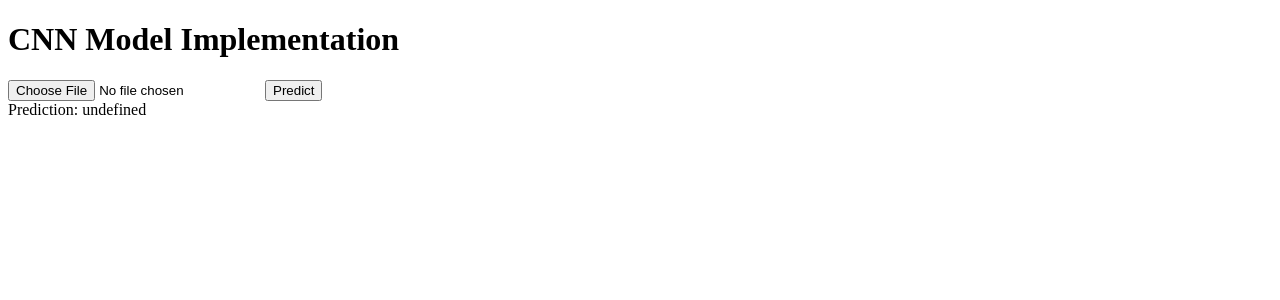
Repository: choobrendan/Flag-Guesser
Page: http://localhost/
These files come from the project's save history. The page is drawn as it stood at one moment and after the next save; the edit follows.
The browser window is 1280 px wide. The pictures show the whole page.
After loading, the first visible `#prediction-form` was submitted once.
The page is served by the project's application, run on Flask 3 (app.py).

Above is the page before, as saved 2023-08-20 17:30:13.

### templates/index.html
<!DOCTYPE html>
<html lang="en">
<head>
    <meta charset="UTF-8">
    <meta name="viewport" content="width=device-width, initial-scale=1.0">
    <title>CNN Model Implementation</title>
</head>
<body>
    <h1>CNN Model Implementation</h1>

    <form id="prediction-form" enctype="multipart/form-data">
        <input type="file" name="image" accept="image/*">
        <button type="submit">Predict</button>
    </form>

    <div id="prediction-result"></div>

    <script>
        document.getElementById('prediction-form').addEventListener('submit', function(event) {
            event.preventDefault();

            const formData = new FormData(document.getElementById('prediction-form'));

            fetch('/predict', {
                method: 'POST',
                body: formData
            })
            .then(response => response.json())
            .then(data => {
                document.getElementById('prediction-result').textContent = `Prediction: ${data.prediction}`;
            })
            .catch(error => {
                console.error('Error:', error);
            });
        });
    </script>
</body>
</html>

### app.py
from flask import Flask, render_template, request, jsonify
import tensorflow as tf
import numpy as np
import cv2
import io

app = Flask(__name__)

# Load the pre-trained CNN model
model = tf.keras.models.load_model('static/model.h5')
model.summary()

# Load class names
class_names = ['Afghanistan',
 'Albania',
 'Algeria',
 'Andorra',
 'Angola',
 'Antigua & Barbuda',
 'Argentina',
 'Armenia',
 'Australia',
 'Austria',
 'Azerbaijan',
 'Bahamas',
 'Bahrain',
 'Bangladesh',
 'Barbados',
 'Belarus',
 'Belgium',
 'Belize',
 'Benin',
 'Bhutan',
 'Bolivia',
 'Bosnia & Herzegovina',
 'Botswana',
 'Brazil',
 'Brunei',
 'Bulgaria',
 'Burkina Faso',
 'Burundi',
 'CAR',
 'Cambodia',
 'Cameroon',
 'Canada',
 'Cape Verde',
 'Chad',
 'Chile',
 'China',
 'Colombia',
 'Comoros',
 'Congo',
 'Costa Rica',
 'Croatia',
 'Cuba',
 'Cyprus',
 'Czech Republic',
 'Denmark',
 'Djibouti',
 'Doctor Congo',
 'Dominica',
 'Dominican Republic',
 'Ecuador',
 'Egypt',
 'El Salvador',
 'Equatorial Guinea',
 'Eritrea',
 'Estonia',
 'Eswatini',
 'Ethiopia',
 'Fiji',
 'Finland',
 'France',
 'Gabon',
 'Gambia',
 'Georgia',
 'Germany',
 'Ghana',
 'Greece',
 'Grenada',
 'Guatemala',
 'Guinea',
 'Guinea Bisseau',
 'Guyana',
 'Haiti',
 'Honduras',
 'Hungary',
 'Iceland',
 'India',
 'Indonesia',
 'Iran',
 'Iraq',
 'Ireland',
 'Israel',
 'Italy',
 'Ivory Coast',
 'Jamaica',
 'Japan',
 'Jordan',
 'Kazakhstan',
 'Kenya',
 'Kiribati',
 'Kuwait',
 'Kyrgyzstan',
 'Laos',
 'Latvia',
 'Lebanon',
 'Lesotho',
 'Liberia',
 'Libya',
 'Liechenstein',
 'Lithuania',
 'Luxemborg',
 'Madagascar',
 'Malawi',
 'Malaysia',
 'Maldives',
 'Mali',
 'Malta',
 'Marshall Islands',
 'Mauritius',
 'Maurituana',
 'Mexico',
 'Micronesia',
 'Modolva',
 'Monaco',
 'Mongolia',
 'Montenegro',
 'Morocco',
 'Mozambique',
 'Myanmar',
 'Namibia',
 'Nauru',
 'Nepal',
 'Netherlands',
 'New Zealand',
 'Niger',
 'Nigeria',
 'North Korea',
 'North Macedonia',
 'Norway',
 'Oman',
 'Pakistan',
 'Palau',
 'Panama',
 'Papua Nue Guinea',
 'Paraguay',
 'Peru',
 'Philippines',
 'Poland',
 'Portugal',
 'Qatar',
 'Romania',
 'Russia',
 'Rwanda',
 'Saint Kitts and Nevis',
 'Saint Lucia',
 'Saint Vincent and the Grenadines',
 'Samoa',
 'San Marino',
 'Sao Tome and Principe',
 'Saudi Arabia',
 'Senegal',
 'Serbia',
 'Seychelles',
 'Sierra Leone',
 'Singapore',
 'Slovakia',
 'Slovenia',
 'Solomon Islands',
 'Somalia',
 'South Africa',
 'South Korea',
 'South Sudan',
 'Spain',
 'Sri Lanka',
 'St Kittis and Nevis',
 'Sudan',
 'Suriname',
 'Sweden',
 'Switzerland',
 'Syria',
 'Tajikistan',
 'Tanzania',
 'Thailand',
 'Timor Leste',
 'Togo',
 'Tonga',
 'Trinidad and Tobago',
 'Tunisia',
 'Turkey',
 'Turkmenistan',
 'Tuvalu',
 'UAE',
 'USA',
 'Uganda',
 'Ukraine',
 'United Kingdom',
 'Uruguay',
 'Uzbekistan',
 'Vanuatu',
 'Venezuela',
 'Vietnam',
 'Yemen',
 'Zambia',
 'Zimbabwe']

# Define a route to render the index.html page
@app.route('/')
def index():
    return render_template('index.html')

# Define a route to handle image predictions
@app.route('/predict', methods=['POST'])
def predict():
    try:
        if 'image' not in request.files:
            return jsonify({'error': 'No image uploaded'})

        image = request.files['image']
        if image.filename == '':
            return jsonify({'error': 'No image selected'})

        img = cv2.imdecode(np.fromstring(image.read(), np.uint8), cv2.IMREAD_COLOR)
        img = cv2.cvtColor(img, cv2.COLOR_BGR2RGB)
        img = cv2.resize(img, (128, 128))
        img = tf.image.convert_image_dtype(img, dtype=tf.float32)
        img = tf.expand_dims(img, axis=0)

        predictions = model.predict(img)
        prediction_scores = tf.nn.softmax(predictions[0])
        prediction_scores = prediction_scores.numpy()

        top_classes = np.argsort(prediction_scores)[-5:][::-1]  # Get top 5 classes

        results = []
        for class_index in top_classes:
            class_name = class_names[class_index]
            score = prediction_scores[class_index]
            results.append({'class_name': class_name, 'score': score})

        return jsonify({'predictions': results})
    except Exception as e:
        return jsonify({'error': str(e)})

if __name__ == '__main__':
    app.run(debug=True)

After the next save:
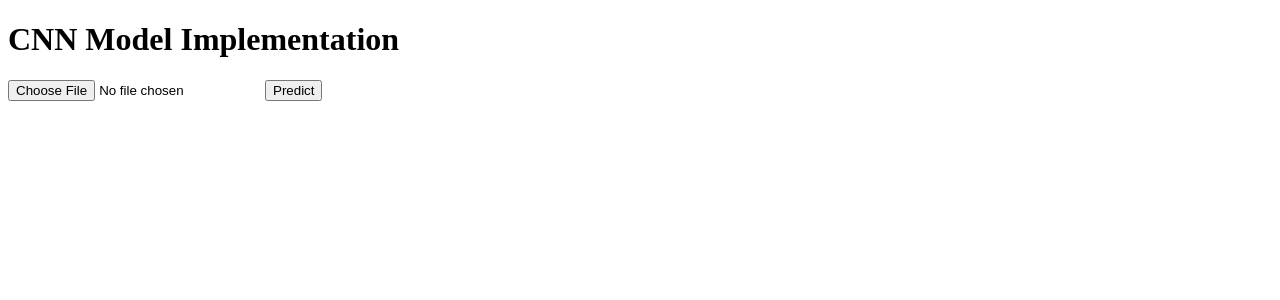
Saved 118 s later.
--- a/templates/index.html
+++ b/templates/index.html
@@ -27,7 +27,18 @@
             })
             .then(response => response.json())
             .then(data => {
-                document.getElementById('prediction-result').textContent = `Prediction: ${data.prediction}`;
+                const resultDiv = document.getElementById('prediction-result');
+                resultDiv.innerHTML = ""; // Clear previous results
+
+                const predictions = data.predictions;
+                for (const prediction of predictions) {
+                    const class_name = prediction.class_name;
+                    const score = prediction.score;
+
+                    const predictionInfo = document.createElement('p');
+                    predictionInfo.textContent = `Class: ${class_name}, Score: ${score}`;
+                    resultDiv.appendChild(predictionInfo);
+                }
             })
             .catch(error => {
                 console.error('Error:', error);
